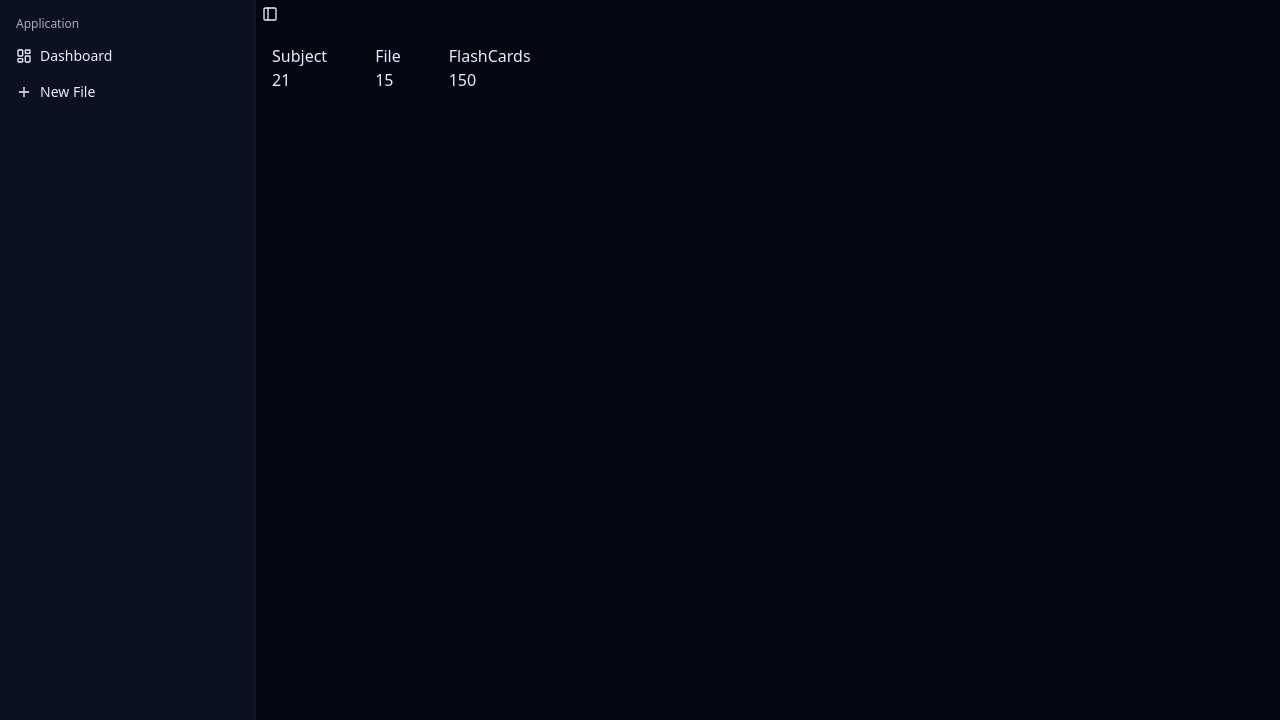
Repository: SywarDer/Student-Assistance
Page: /dashboard (app in student-assistant/)
These files come from the project's save history. The page is drawn as it stood at one moment and after a run of saves; the edit follows.
The browser window is 1280 px wide. The pictures show the whole page.
The project was rebuilt for these pictures with package versions that can differ from the ones it lists, and the page was loaded fresh each time. The framework's server and built-in components were replaced by stand-ins that run in the browser. Also part of the build but not shown: student-assistant/next.config.ts, student-assistant/components/ui/input.tsx, student-assistant/components/ui/separator.tsx, student-assistant/components/ui/skeleton.tsx. Imported but missing from the stored project, and not drawn on this page: student-assistant/components/ui/sheet.

Above is the page before, as saved 2025-10-30 19:47:49.

After the next 2 saves:
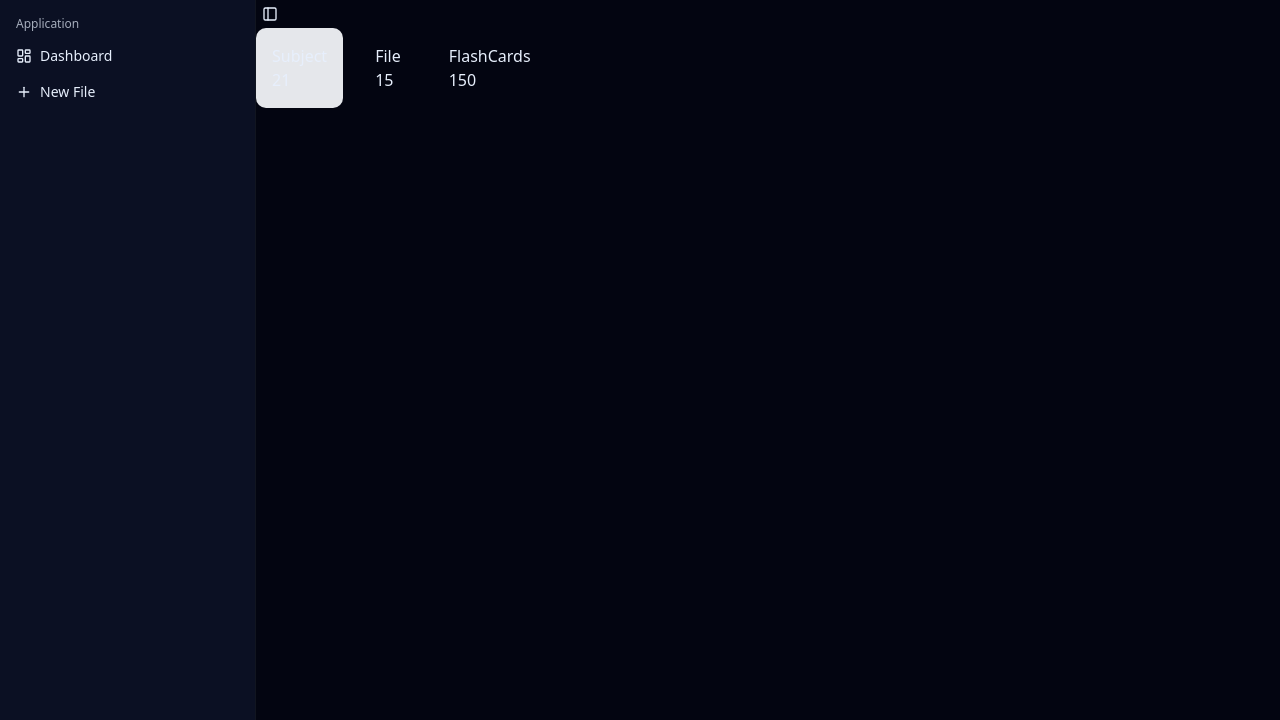
The 2 saves are shown as one change because they came seconds apart.
The last was saved 6 s later.
--- a/student-assistant/app/dashboard/page.tsx
+++ b/student-assistant/app/dashboard/page.tsx
@@ -2,7 +2,7 @@
     return(
 
         <div className="flex space-x-4">
-            <div className="rounded-lg p-4 ">
+            <div className="rounded-lg p-4 bg-gray-200">
                 <h1 className="">Subject</h1>
                 <h1>21</h1>
             </div>

After the 3 saves that followed:
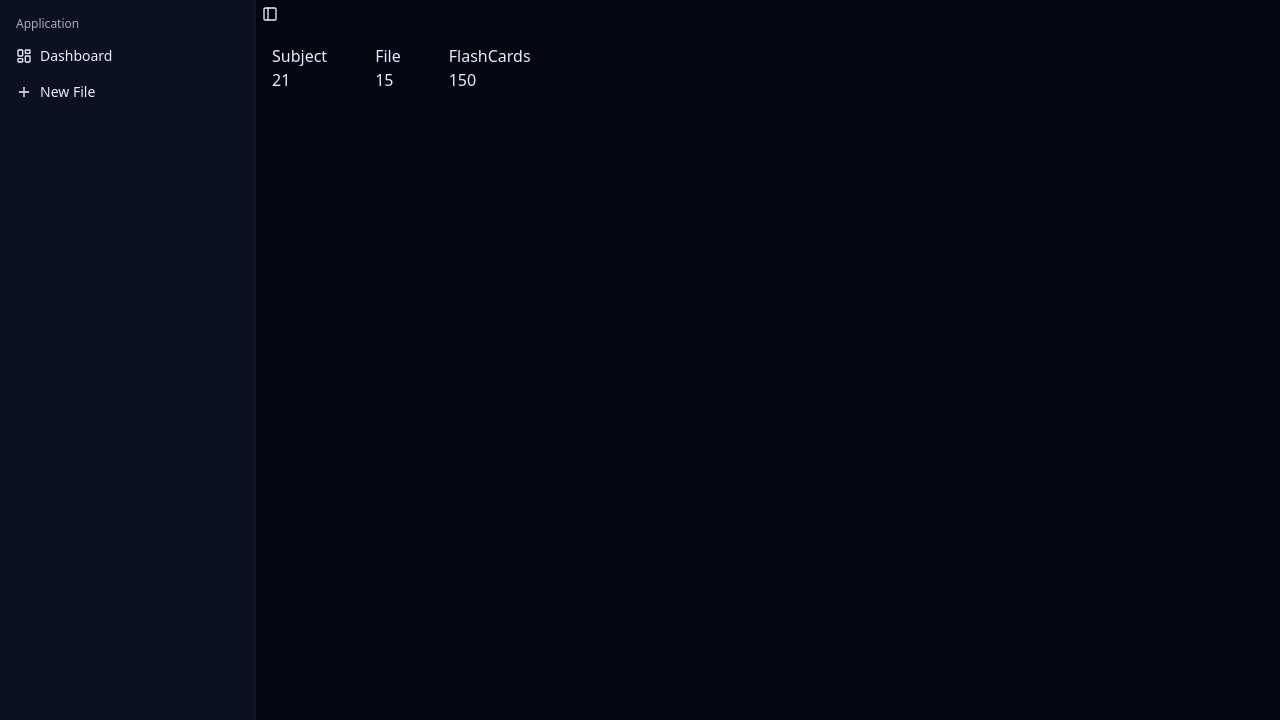
The 3 saves are shown as one change because 1 left the picture as it was and some came seconds apart.
The last was saved 91 s later.
--- a/student-assistant/app/dashboard/page.tsx
+++ b/student-assistant/app/dashboard/page.tsx
@@ -2,7 +2,7 @@
     return(
 
         <div className="flex space-x-4">
-            <div className="rounded-lg p-4 bg-gray-200">
+            <div className="rounded-lg p-4" color="chart-1">
                 <h1 className="">Subject</h1>
                 <h1>21</h1>
             </div>
